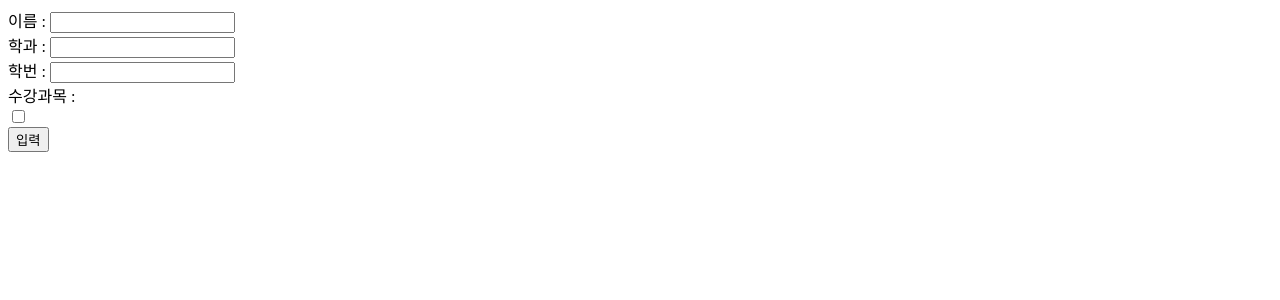
Repository: GitOnibi/jsp
Page: http://localhost/JSPprojec/school/stu_input.jsp
The author's editor kept a copy of each file at every save. The page is drawn from the files as they stood at one save, then again after the next save.
The browser window is 1280 px wide. The pictures show the whole page.
The page is served by Tomcat 9.

Above is the page before, as saved 2019-01-07 12:52:25.

After the next save:
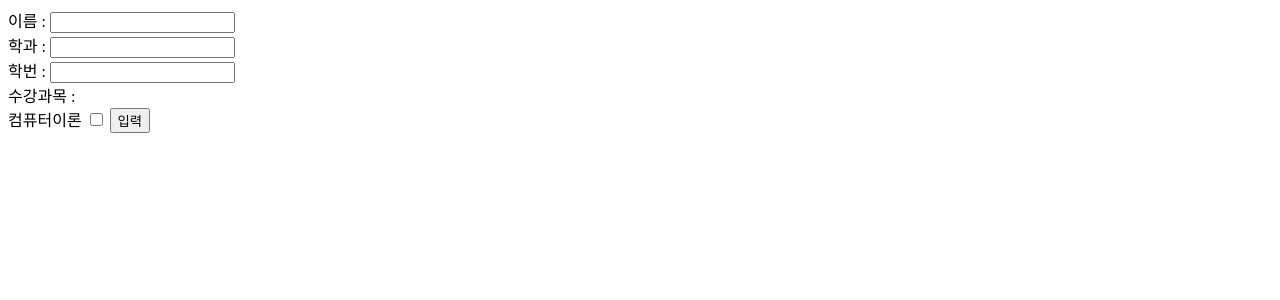
Saved 15 s later.
--- a/JSPprojec/WebContent/school/stu_input.jsp
+++ b/JSPprojec/WebContent/school/stu_input.jsp
@@ -10,7 +10,8 @@
 		이름 : <input type="text" name="stu_name" id="stu_name"/><br />
 		학과 : <input type="text" name="dep_name" id="dep_name"/><br />
 		학번 : <input type="number" name="stu_num" id="stu_num"/><br />
-		수강과목 : <br /><input type="checkbox" name="dep_ck" id="dep_ck"/><br />
+		수강과목 : <br />
+		컴퓨터이론 <input type="checkbox" name="dep_ck" id="dep_ck"/>
 		<input type="submit" value="입력"/>
 	</form>
 </body>
